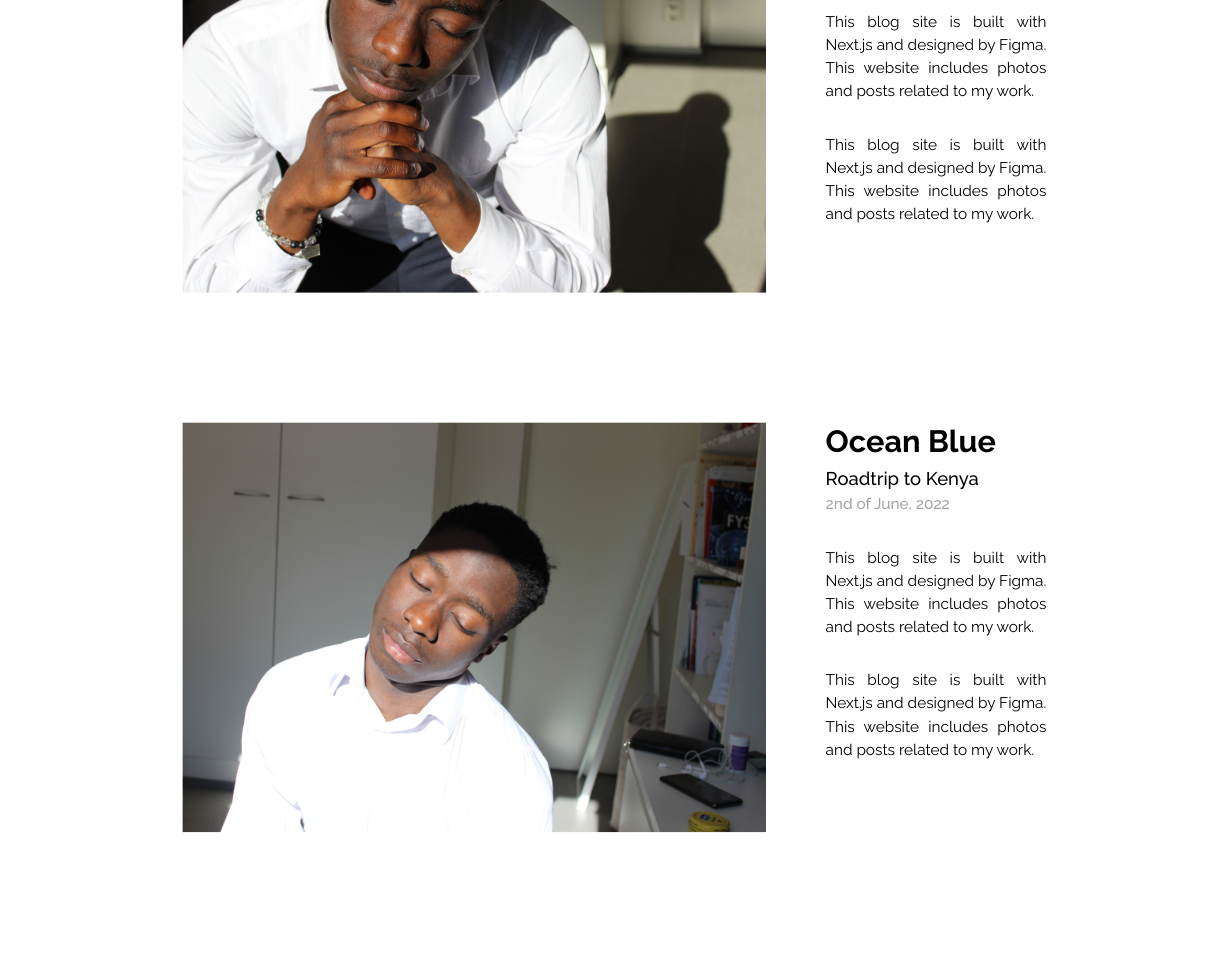
Repository: Graquick/Blog
Page: /photos
An editor plug-in stored every save of this project. The page is shown before and after the next save, followed by the edit.
The browser window is 1280 px wide. The pictures show the whole page, at 96% of full size.
The project was rebuilt for these pictures with package versions that can differ from the ones it lists, and the page was loaded fresh each time. The framework's server and built-in components were replaced by stand-ins that run in the browser. Also part of the build but not shown: next.config.js, components/Footer.js.

Above is the page before, as saved 2022-07-07 14:31:30.

### pages/_app.js
import React, { useState, useEffect, useRef, useCallback } from 'react';
import { AnimatePresence } from 'framer-motion'
import { ThemeProvider } from 'next-themes'
import { useRouter } from 'next/router'
import '../styles/globals.css'

function MyApp({ Component, pageProps }) {
  const timeoutRef = useRef();

  const clearTimer = useCallback(
    () => clearTimeout(timeoutRef.current),
    []
  );

  // useEffect(() => {
  //   if (timeoutRef.current) clearTimer();

  //   timeoutRef.current = setTimeout(() => {
  //     window.scrollTo(0, 0);
  //   }, 10);

  //   return () => {
  //     clearTimer();
  //   };
  // }, [clearTimer]);

  useEffect(() => {
    window.history.scrollRestoration = 'manual'
  }, []);


  return (
    <AnimatePresence>
      <ThemeProvider attribute="class">
        <Component {...pageProps} />
      </ThemeProvider>
    </AnimatePresence>
  )
}

export default MyApp

### pages/_document.js
import { Html, Head, Main, NextScript } from 'next/document'

export default function Document() {
  return (
    <Html>
      <Head />
      <body style={{ fontFamily: "Raleway, Roboto", scrollBehavior: "smooth" }}>
        <Main />
        <NextScript />
      </body>
    </Html>
  )
}

### pages/photos.js
import React, { useState, useEffect, useRef } from 'react';
import Head from 'next/head';
import Image from 'next/image';
import Link from 'next/link';
import { useRouter } from 'next/router';
import { motion, AnimatePresence } from 'framer-motion';
import { Icon } from '@iconify/react';

import profile from '../public/profile.png'
import photo1 from '../public/photo-1.png'
import photo2 from '../public/photo-2.png'

import Footer from "../components/Footer";
import Header from "../components/Header";

const photos = [
    { id: 1, src: photo1 },
    { id: 2, src: photo2 }
]

const desc = [
    { id: 1, title: 'Savannah', info: "Roadtrip to Kenya", date: "2nd of June, 2022", text: "This blog site is built with Next.js and designed by Figma. This website includes photos and posts related to my work." },
    { id: 2, title: 'Ocean Blue', info: "Roadtrip to Kenya", date: "2nd of June, 2022", text: "This blog site is built with Next.js and designed by Figma. This website includes photos and posts related to my work."}
]

const layInfo = {
    fixed: "absolute bottom-[4rem] right-0 m-auto flex flex w-[230px] justify-between"
}

export default function Photos() {
  return (
    <>
      <motion.main className="min-h-screen">
          <div className="absolute top-0 bottom-0 left-0 right-0 m-auto w-fit h-fit">
            <Header />
            <div className="w-[900px] h-fit flex justify-between">
              <div>
                {photos.map((img, i) => (
                  <div key={i} className="mb-32">
                    <Image src={img.src}
                      alt="Img"
                      width={608}
                      height={427}
                      blurDataURL={profile}
                      placeholder="blur"
                      priority
                    />
                  </div>
                ))}
              </div>

              <div>
                {desc.map((desc, i) => (
                  <div key={i} className="w-[230px] h-[430px] flex flex-col gap-8 mb-32">
                    <div>
                      <h1 className="text-[2rem] font-bold w-fit">{desc.title}</h1>
                      <p className="font-medium text-[1.2rem] cursor-default">{desc.info}</p>
                      <span className="font-medium cursor-default text-neutral-400">{desc.date}</span>
                    </div>
                    <p className="text-[1rem] cursor-default text-justify">{desc.text}</p>
                    <p className="text-[1rem] cursor-default text-justify">{desc.text}</p>
                  </div>
                ))}
              </div>

              {/* <div className="w-[230px] h-full flex flex-col justify-between">
                <h1 className="text-[2.25rem] font-bold leading-10">Brima Freeman</h1>
                <div className="h-[215px] flex flex-col justify-between">
                  <p className="text-[.9rem]">Hey, I&apos;m a Frontend Developer based in Finland. I enjoy working with Next.js and crafting beautiful front-end experiences.
                  </p>
                  <p className="text-[.9rem]">
                  This blog site is built with Next.js and designed by Figma. This website includes photos and posts related to my work.
                  </p>
                </div>
                <Footer />
              </div> */}
            </div>
        </div>
      </motion.main>
    </>
  )
}

### styles/globals.css
@import url('https://fonts.googleapis.com/css2?family=Press+Start+2P&family=Raleway:wght@300;400;500;600;700&family=Roboto:wght@300;400;500;700&display=swap');
@tailwind base;
@tailwind components;
@tailwind utilities;

* {
  box-sizing: border-box;
}

html,
body {
  padding: 0;
  margin: 0;
}

### components/Header.js
import React, { useState, useEffect, useRef } from 'react';
import Head from 'next/head';
import Image from 'next/image';
import Link from 'next/link';
import { useRouter } from 'next/router';
import { motion, AnimatePresence } from 'framer-motion';
import { Icon } from '@iconify/react';

const Logo = () => {
    return (
        <div className="w-fit flex justify-center gap-2 cursor-pointer transition-all duration-150 ease-in-out group">
            <div className="text-[1.5rem] font-bold uppercase bg-black text-white w-16 h-16 flex items-end justify-end py-0 px-1 ease-in-out dark:bg-zinc-500 dark:text-zinc-400">bf</div><div className="text-[1.5rem] flex items-end justify-end font-bold uppercase text-black ease-in-out dark:text-zinc-500">
                blog
            </div>
        </div>
    )
}

const links = [
    { id: 1, title: 'About', href: '/'},
    { id: 2, title: 'Photos', href: '/photos'},
    { id: 3, title: 'Posts', href: '/posts'}
]

function Header() {
    const router = useRouter();
  return (
    <>
        <main className="left-0 m-auto right-0 py-8 w-full mb-8 h-[8rem] flex justify-between items-center">
            <div >
                <Logo />
            </div>

            <nav className="h-fit">
                <ul className="flex w-[230px] justify-between">
                    {links.map((links, i) => (
                        <div key={i}>
                            <li className={router.pathname === links.href ? "underline-offset-4 underline" : ""}>
                                <Link href={links.href}>
                                    {links.title}
                                </Link>
                            </li>
                        </div>
                    ))}
                </ul>
            </nav>
        </main>
    </>
  )
}

export default Header

### tailwind.config.js
module.exports = {
  content: [
    "./pages/**/*.{js,ts,jsx,tsx}",
    "./components/**/*.{js,ts,jsx,tsx}",
  ],
  darkMode: "class", // "false" or "media"
  theme: {
    extend: {

    },
    screens: {
      '2xl': {'max': '1440px'},
      // => @media (max-width: 1440px) { ... }

      'xl': {'max': '1024px'},
      // => @media (max-width: 1024px) { ... }

      'lg': {'max': '768px'},
      // => @media (max-width: 768px) { ... }

      'md': {'max': '425px'},
      // => @media (max-width: 425px) { ... }

      'sm': {'max': '375px'},
      // => @media (max-width: 375px) { ... }

      'xs': {'max': '320px'},
      // => @media (max-width: 320px) { ... }
    },
    fontFamily: {
      'raleway': "Raleway, sans-serif",
      'roboto': "Roboto, sans-serif",
      'play': "Press\\ Start\\ 2P, cursive"
    }
  },
  plugins: [require('@tailwindcss/forms')],
}

After the next save:
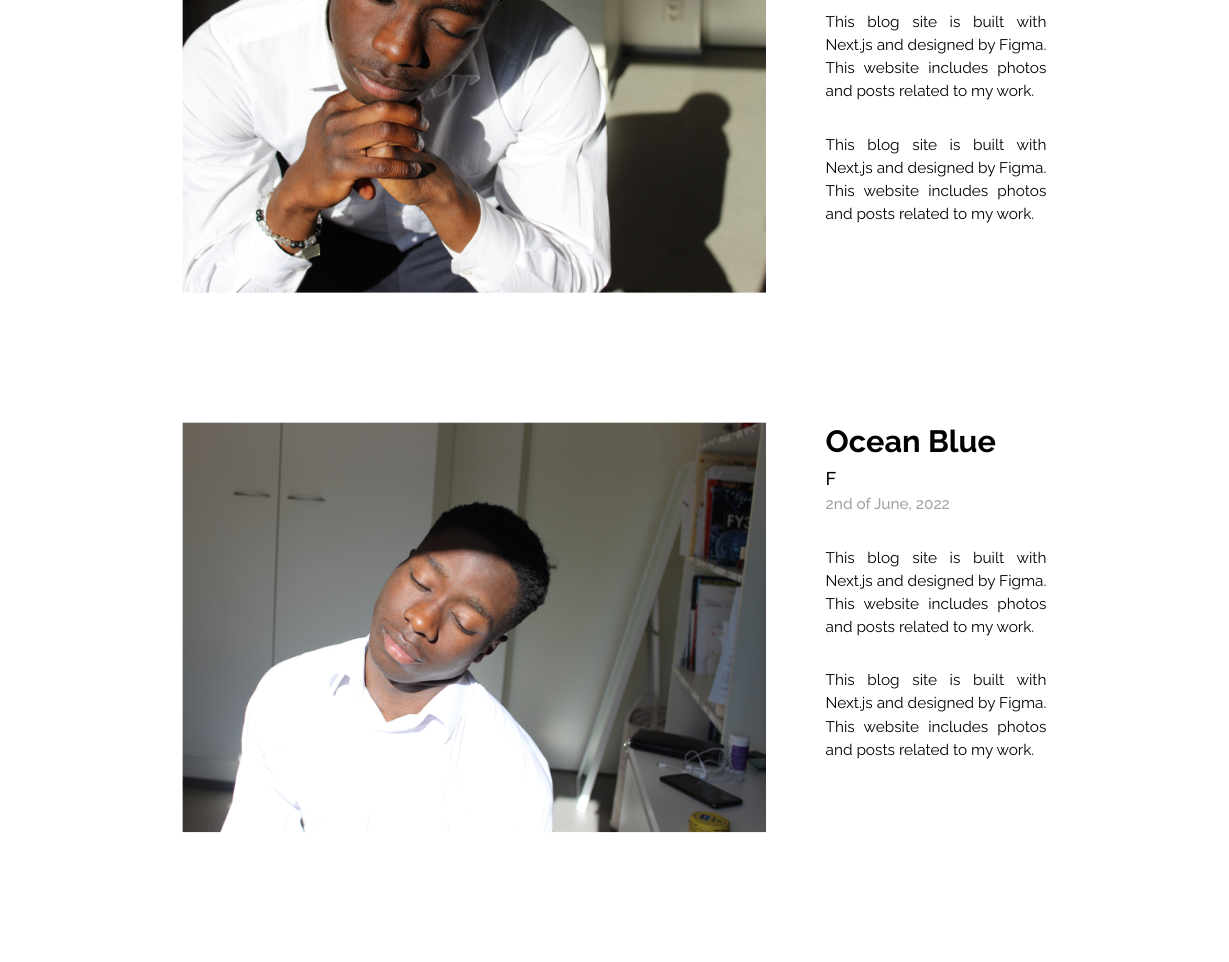
Saved 7 s later.
--- a/pages/photos.js
+++ b/pages/photos.js
@@ -20,7 +20,7 @@ const photos = [
 
 const desc = [
     { id: 1, title: 'Savannah', info: "Roadtrip to Kenya", date: "2nd of June, 2022", text: "This blog site is built with Next.js and designed by Figma. This website includes photos and posts related to my work." },
-    { id: 2, title: 'Ocean Blue', info: "Roadtrip to Kenya", date: "2nd of June, 2022", text: "This blog site is built with Next.js and designed by Figma. This website includes photos and posts related to my work."}
+    { id: 2, title: 'Ocean Blue', info: "F", date: "2nd of June, 2022", text: "This blog site is built with Next.js and designed by Figma. This website includes photos and posts related to my work."}
 ]
 
 const layInfo = {
